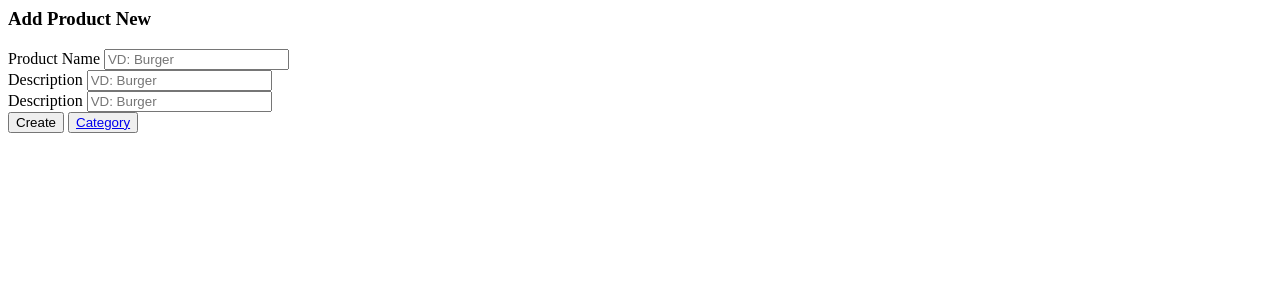
Repository: QunDev/du_an
Page: http://localhost/admin/products/createProduct.php
The author's editor kept a copy of each file at every save. The page is drawn from the files as they stood at one save, then again after the next save.
The browser window is 1280 px wide. The pictures show the whole page.
The page is run by PHP 8.4 with error messages shown; the project is at /var/www/html/.

Above is the page before, as saved 2023-11-24 09:23:12.
Console error: TypeError: Cannot read properties of null (reading 'addEventListener')

After the next save:
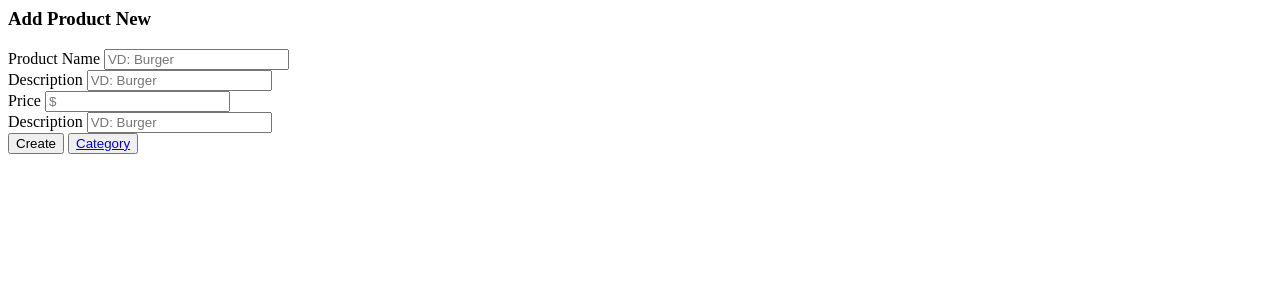
Saved 62 s later.
--- a/admin/products/createProduct.php
+++ b/admin/products/createProduct.php
@@ -38,6 +38,19 @@
         </div>
 
         <div class="form-group">
+          <label for="price" class="form-label">Price</label>
+          <input
+            id="price"
+            name="price"
+            type="text"
+            placeholder="$"
+            class="form-control"
+            data-desc
+          />
+          <span class="form-message"></span>
+        </div>
+
+        <div class="form-group">
           <label for="description" class="form-label">Description</label>
           <input
             id="description"
